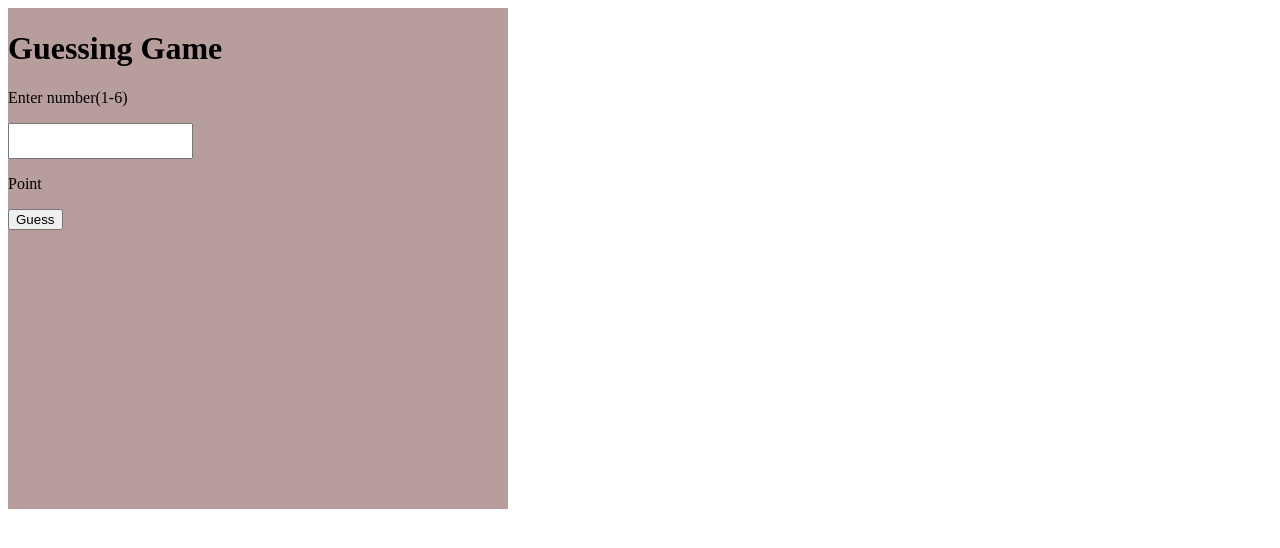
Repository: sedashahnazaryan/Guessing-Game
Page: index.html
These files come from the project's save history. The page is drawn as it stood at one moment and after the next save; the edit follows.
The browser window is 1280 px wide. The pictures show the whole page.

Above is the page before, as saved 2022-02-23 19:32:20.

### index.html
<!DOCTYPE html>
<html lang="en">
<head>
    <meta charset="UTF-8">
    <meta http-equiv="X-UA-Compatible" content="IE=edge">
    <meta name="viewport" content="width=device-width, initial-scale=1.0">
    <link rel="stylesheet" href="./index.css">
    <title>Gueess Game</title>
</head>
<body>
    <div class="container">
        <h1 class="Guessing">Guessing Game</h1>
     <p class="enter">Enter number(1-6)</p>
<input id="num" type="text">
     <p class="p">Point</p>
     <button id="button">Guess</button>
     <div class="table" id="show-text"></div>
    </div>
 <script src="./index.js"></script>
</body>
</html>

### index.css
.container{

    background-color: #b89d9d;
    height: 500px;
    width: 500px;
    padding-top:1px;
}
#num{
height: 30px;
border-radius: %;
}

Loaded but not shown: index.js (no copy from this time; the picture is the same without it)

After the next save:
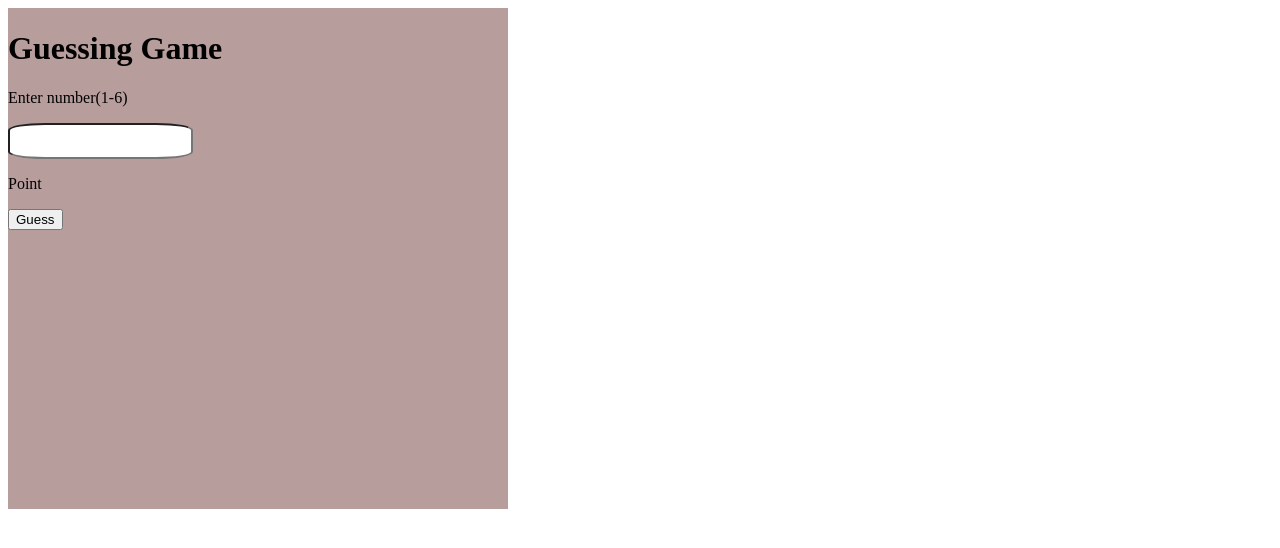
Saved 4 s later.
--- a/index.css
+++ b/index.css
@@ -7,5 +7,5 @@
 }
 #num{
 height: 30px;
-border-radius: %;
+border-radius: 20%;
 }
